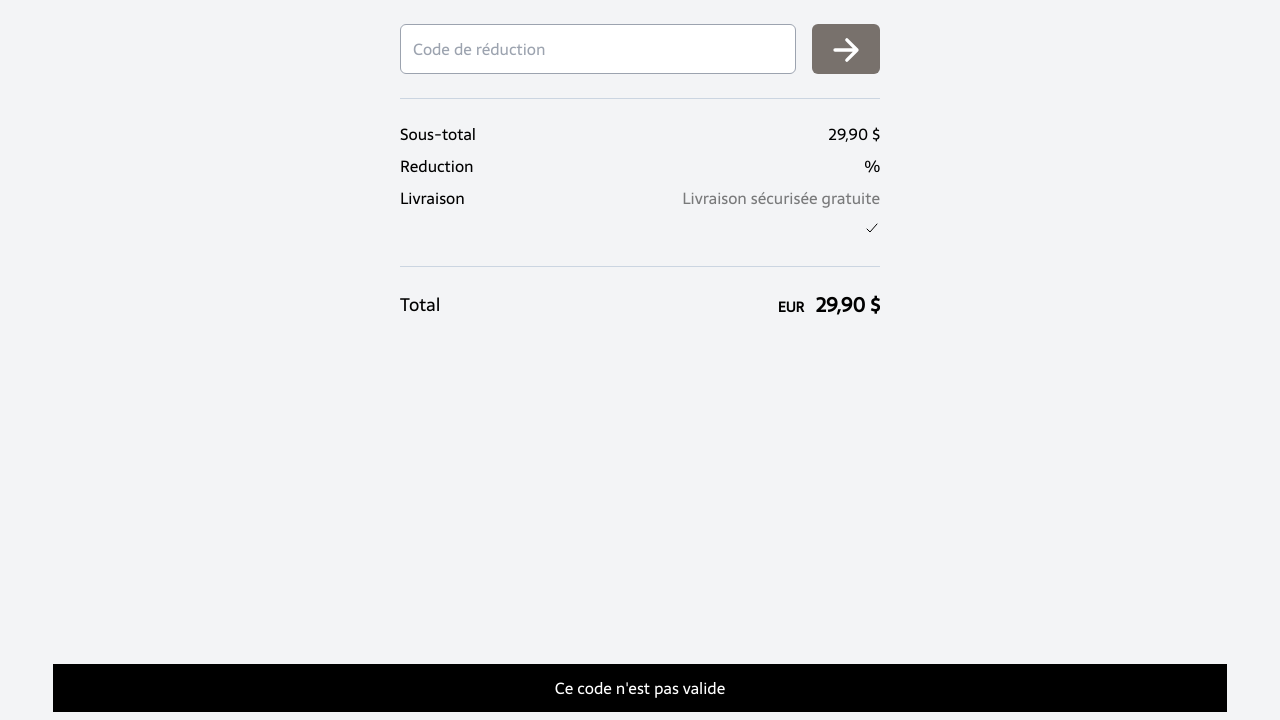
Repository: darlino/gotyu_shopify_section
Page: reduction_input210223/index.html
An editor plug-in stored every save of this project. The page is shown before and after the next save, followed by the edit.
The browser window is 1280 px wide. The pictures show the whole page.
Some web libraries are served in a nearby version.

Above is the page before, as saved 2023-02-21 22:56:51.

After the next save:
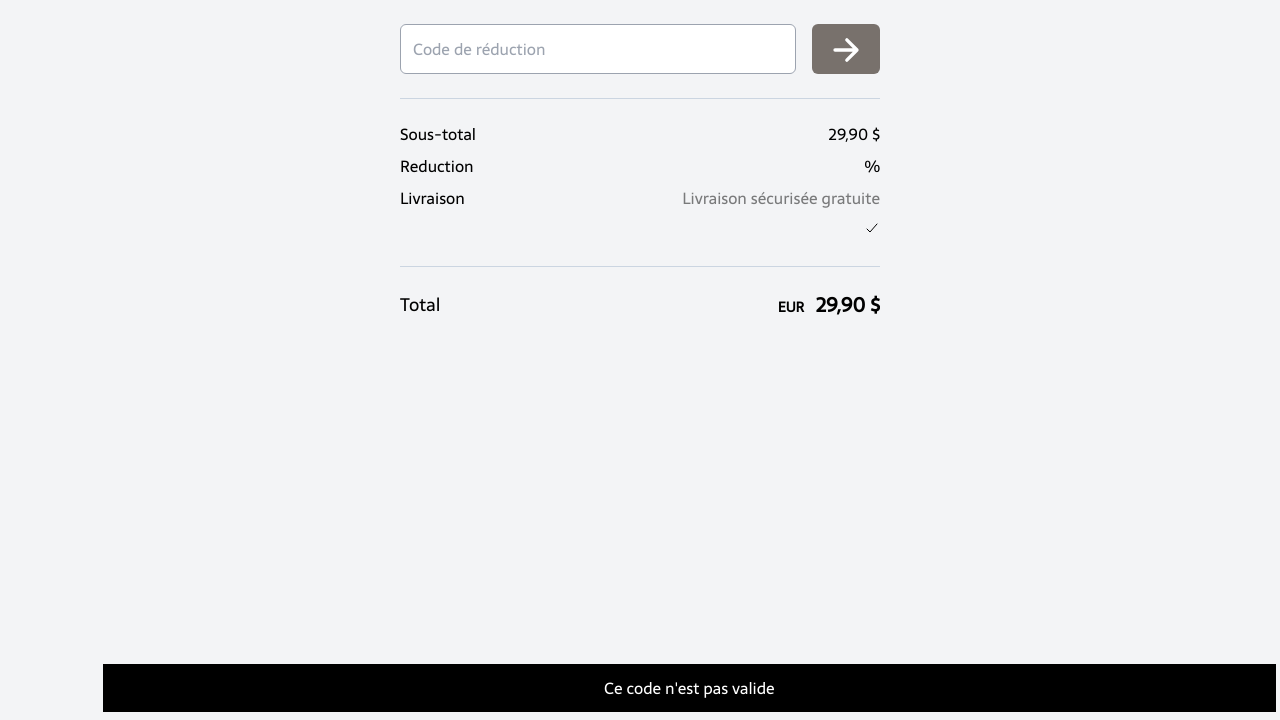
Saved 7 s later.
--- a/reduction_input210223/index.html
+++ b/reduction_input210223/index.html
@@ -79,7 +79,7 @@
             </p>
           </div>
           <div
-            class="absolute bottom-2 left-1 right-1 mx-auto px-10 p-3 bg-black text-center w-11/12 text-white"
+            class="absolute bottom-2 right-1 mx-auto px-10 p-3 bg-black text-center w-11/12 text-white"
           >
             Ce code n'est pas valide
           </div>

After the save that followed:
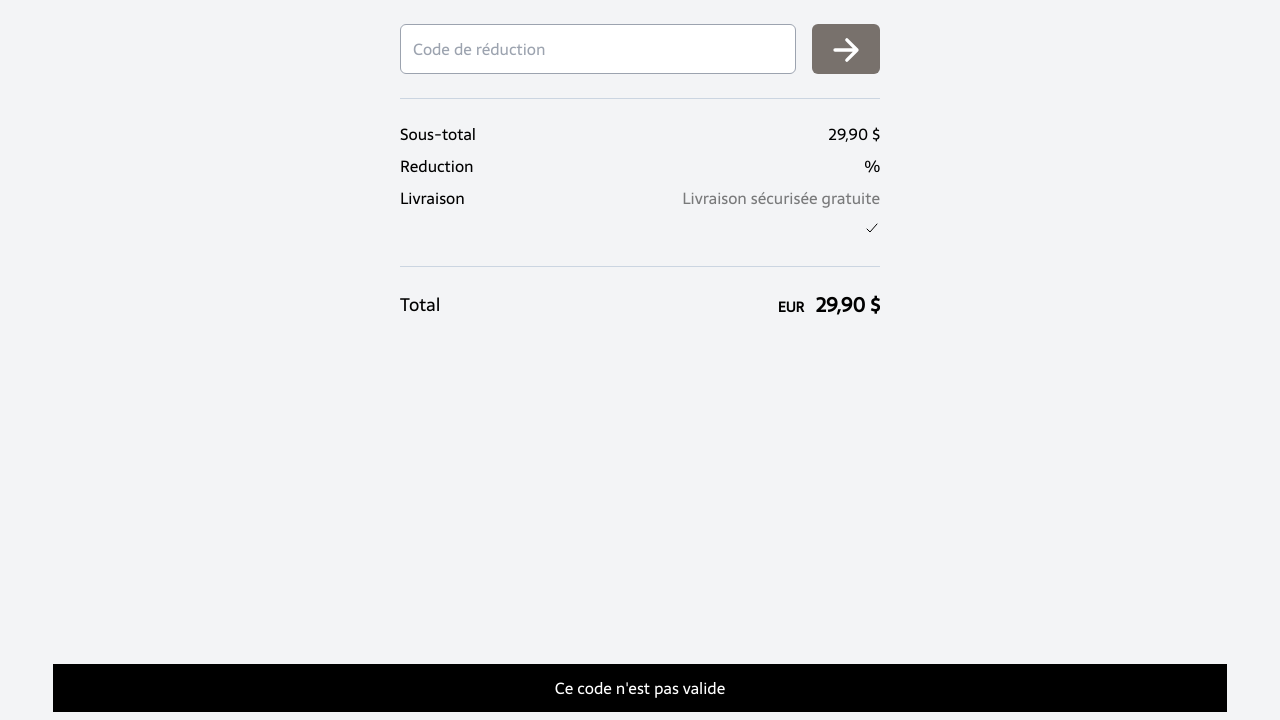
Saved 5 s later.
--- a/reduction_input210223/index.html
+++ b/reduction_input210223/index.html
@@ -79,7 +79,7 @@
             </p>
           </div>
           <div
-            class="absolute bottom-2 right-1 mx-auto px-10 p-3 bg-black text-center w-11/12 text-white"
+            class="absolute bottom-2 left-1 right-1 mx-auto px-10 p-3 bg-black text-center w-11/12 text-white"
           >
             Ce code n'est pas valide
           </div>
